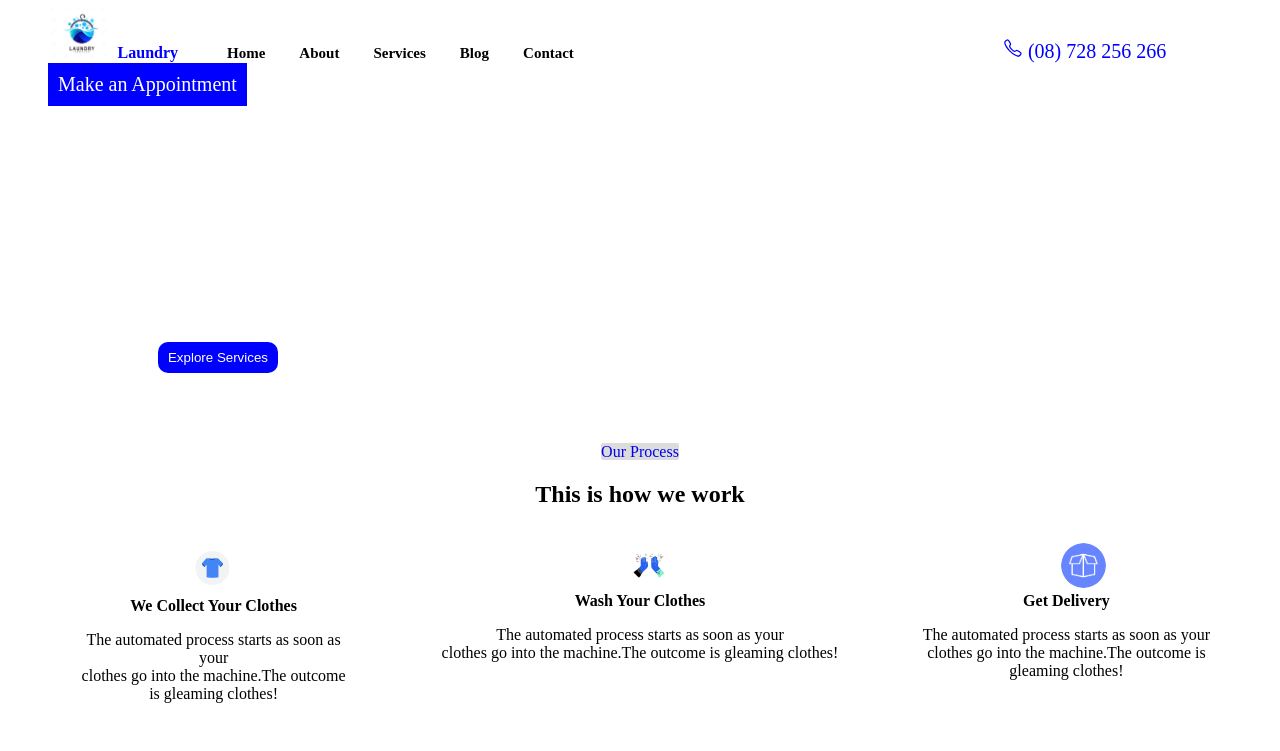
Repository: Tobby004/BDC-Assignment-4
Page: index.html
The author's editor kept a copy of each file at every save. The page is drawn from the files as they stood at one save, then again after the next save.
The browser window is 1280 px wide. The pictures show the whole page.

Above is the page before, as saved 2023-03-14 10:28:06.
Not found: IMG_9897.JPG

After the next save:
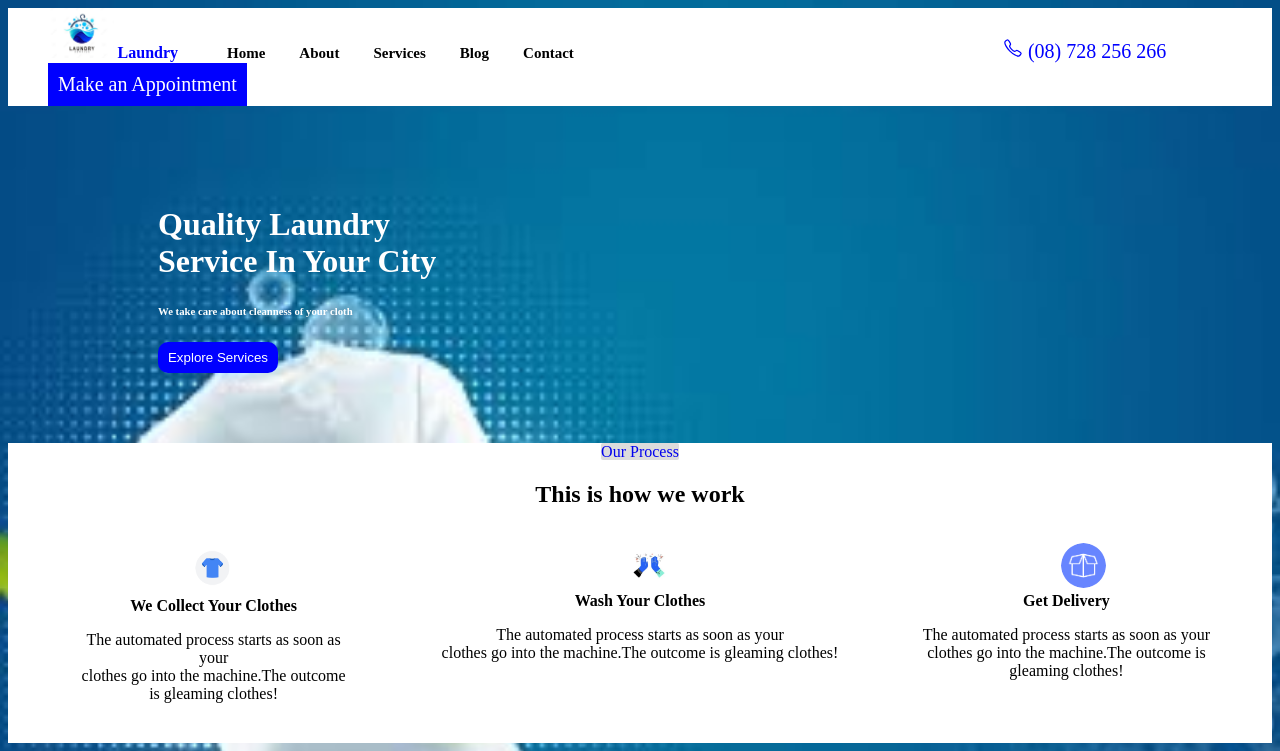
Saved 94 s later.
--- a/task.css
+++ b/task.css
@@ -3,7 +3,7 @@
 }
 body {
 
-    background-image: url(IMG_9897.JPG);
+    background-image: url(IMG_9898.JPG);
     background-size: cover;
 }
 
